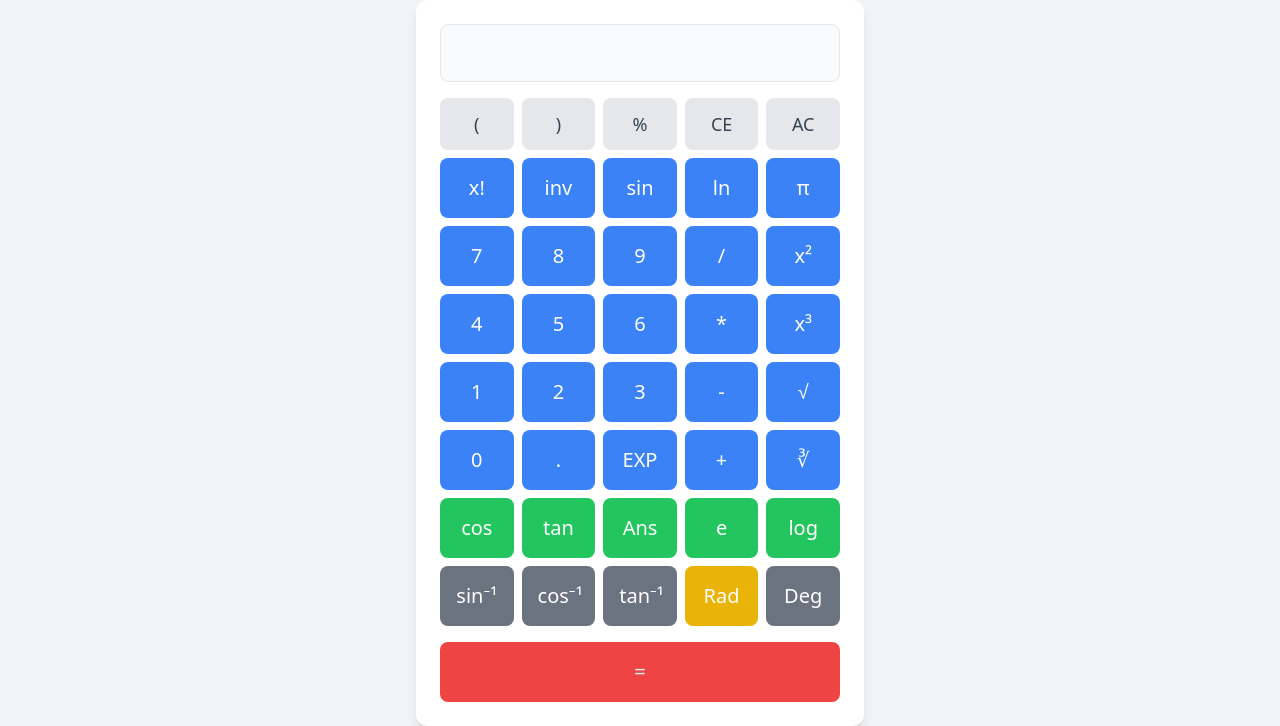
Repository: Sirinegaddour11/Calculator-App
Page: /
The author's editor kept a copy of each file at every save. The page is drawn from the files as they stood at one save, then again after the next save.
The browser window is 1280 px wide. The pictures show the whole page.
The project was rebuilt for these pictures with package versions that can differ from the ones it lists, and the page was loaded fresh each time. The framework's server and built-in components were replaced by stand-ins that run in the browser. Also part of the build but not shown: next.config.mjs.

Above is the page before, as saved 2024-09-16 19:31:35.

### app/layout.tsx
import type { Metadata } from "next";
import "./globals.css";

export const metadata: Metadata = {
  title: "Calculator App",
  description: "Generated by me",
};

export default function RootLayout({
  children,
}: Readonly<{
  children: React.ReactNode;
}>) {
  return (
    <html lang="en">
      <body className="bg-red-200">{children}</body>
    </html>
  );
}

### app/page.tsx
import Calculator from "@/components/calculator";
import Image from "next/image";

export default function Home() {
  return (
    <div>
      <Calculator />
    </div>
  );
}

### app/globals.css
@tailwind base;
@tailwind components;
@tailwind utilities;

.dark .three-d {
  text-shadow: 0px 5px 0px #533519;
}
.three-d {
  text-shadow: none;
}
.dark .simplebar-scrollbar ::before {
 background-color: rgb(216, 217, 231);
}

### components/calculator.tsx
"use client";
import React, { useState } from "react";
import {
  evaluate,
  pi,
  exp,
  log,
  factorial,
  sin,
  cos,
  tan,
  asin,
  acos,
  atan,
} from "mathjs";

const Calculator: React.FC = () => {
  const [expression, setExpression] = useState<string>("");
  const [lastResult, setLastResult] = useState<string>("");
  const [isRadianMode, setIsRadianMode] = useState<boolean>(true);

  const handleButtonClick = (value: string) => {
    switch (value) {
      case "pi":
        setExpression((prev) => prev + "π");
        break;
      case "e":
        setExpression((prev) => prev + "e");
        break;
      case "Ans":
        setExpression((prev) => prev + lastResult);
        break;
      case "ln":
        setExpression((prev) => prev + "log(");
        break;
      case "log":
        setExpression((prev) => prev + "log10(");
        break;
      case "x!":
        setExpression((prev) => prev + "factorial(");
        break;
      case "%":
        setExpression((prev) => prev + "%");
        break;
      case "inv":
        setExpression((prev) => prev + "^(-1)");
        break;
      case "EXP":
        setExpression((prev) => prev + "×10^");
        break;
      case "CE":
        setExpression((prev) => prev.slice(0, -1));
        break;
      case "x²":
        setExpression((prev) => prev + "^2");
        break;
      case "x³":
        setExpression((prev) => prev + "^3");
        break;
      case "√":
        setExpression((prev) => prev + "sqrt(");
        break;
      case "∛":
        setExpression((prev) => prev + "cbrt(");
        break;
      case "sin⁻¹":
        setExpression((prev) => prev + "asin(");
        break;
      case "cos⁻¹":
        setExpression((prev) => prev + "acos(");
        break;
      case "tan⁻¹":
        setExpression((prev) => prev + "atan(");
        break;
      case "Rad":
        setIsRadianMode(true);
        break;
      case "Deg":
        setIsRadianMode(false);
        break;
      default:
        if (["sin", "cos", "tan", "^"].includes(value)) {
          setExpression((prev) => prev + value + "(");
        } else if (value === ")") {
          setExpression((prev) => prev + value);
        } else {
          setExpression((prev) => prev + value);
        }
        break;
    }
  };

  const handleCalculate = () => {
    try {
      let expressionToEvaluate = expression
        .replace(/π/g, "pi")
        .replace(/×/g, "*");
      if (!isRadianMode) {
        expressionToEvaluate = expressionToEvaluate
          .replace(/sin\(/g, "sin(pi/180*")
          .replace(/cos\(/g, "cos(pi/180*")
          .replace(/tan\(/g, "tan(pi/180*")
          .replace(/asin\(/g, "180/pi*asin(")
          .replace(/acos\(/g, "180/pi*acos(")
          .replace(/atan\(/g, "180/pi*atan(");
      }
      const result = evaluate(expressionToEvaluate);
      setLastResult(result.toString());
      setExpression(result.toString());
    } catch (error) {
      setExpression("Erreur");
    }
  };

  const handleClear = () => {
    setExpression("");
    setLastResult("");
  };

  return (
    <div className="flex justify-center items-center min-h-screen bg-gray-100 font-sans">
      <div className="max-w-md w-full bg-white rounded-xl shadow-lg p-6">
        <input
          type="text"
          className="w-full mb-4 p-3 text-2xl text-right bg-gray-50 rounded-lg border border-gray-200 focus:outline-none focus:border-blue-500"
          value={expression}
          readOnly
        />
        <div className="grid grid-cols-5 gap-2">
          {/* Ligne 1 */}
          {["(", ")", "%", "CE", "AC"].map((value, index) => (
            <button
              key={index}
              className="p-3 bg-gray-200 text-gray-700 rounded-lg hover:bg-gray-300 text-lg font-medium transition-colors"
              onClick={() =>
                value === "AC" ? handleClear() : handleButtonClick(value)
              }
            >
              {value}
            </button>
          ))}
          {/* Ligne 2 */}
          {["x!", "inv", "sin", "ln", "π"].map((value, index) => (
            <button
              key={index}
              className="p-4 bg-blue-500 text-white rounded-lg hover:bg-blue-600 text-xl"
              onClick={() => handleButtonClick(value)}
            >
              {value}
            </button>
          ))}
          {/* Ligne 3 */}
          {["7", "8", "9", "/", "x²"].map((value, index) => (
            <button
              key={index}
              className="p-4 bg-blue-500 text-white rounded-lg hover:bg-blue-600 text-xl"
              onClick={() => handleButtonClick(value)}
            >
              {value}
            </button>
          ))}
          {/* Ligne 4 */}
          {["4", "5", "6", "*", "x³"].map((value, index) => (
            <button
              key={index}
              className="p-4 bg-blue-500 text-white rounded-lg hover:bg-blue-600 text-xl"
              onClick={() => handleButtonClick(value)}
            >
              {value}
            </button>
          ))}
          {/* Ligne 5 */}
          {["1", "2", "3", "-", "√"].map((value, index) => (
            <button
              key={index}
              className="p-4 bg-blue-500 text-white rounded-lg hover:bg-blue-600 text-xl"
              onClick={() => handleButtonClick(value)}
            >
              {value}
            </button>
          ))}
          {/* Ligne 6 */}
          {["0", ".", "EXP", "+", "∛"].map((value, index) => (
            <button
              key={index}
              className="p-4 bg-blue-500 text-white rounded-lg hover:bg-blue-600 text-xl"
              onClick={() => handleButtonClick(value)}
            >
              {value}
            </button>
          ))}
          {/* Ligne 7 (fonctions scientifiques) */}
          {["cos", "tan", "Ans", "e", "log"].map((func, index) => (
            <button
              key={index}
              className="p-4 bg-green-500 text-white rounded-lg hover:bg-green-600 text-xl"
              onClick={() => handleButtonClick(func)}
            >
              {func}
            </button>
          ))}
          {/* Ligne 8 (fonctions supplémentaires) */}
          {["sin⁻¹", "cos⁻¹", "tan⁻¹", "Rad", "Deg"].map((func, index) => (
            <button
              key={index}
              className={`p-4 ${
                (func === "Rad" && isRadianMode) ||
                (func === "Deg" && !isRadianMode)
                  ? "bg-yellow-500"
                  : "bg-gray-500"
              } text-white rounded-lg hover:bg-gray-600 text-xl`}
              onClick={() => handleButtonClick(func)}
            >
              {func}
            </button>
          ))}
        </div>
        <button
          className="mt-4 w-full p-4 bg-red-500 text-white rounded-lg hover:bg-red-600 text-xl"
          onClick={handleCalculate}
        >
          =
        </button>
      </div>
    </div>
  );
};

export default Calculator;

Loaded but not shown: tailwind.config.ts (common file)

After the next save:
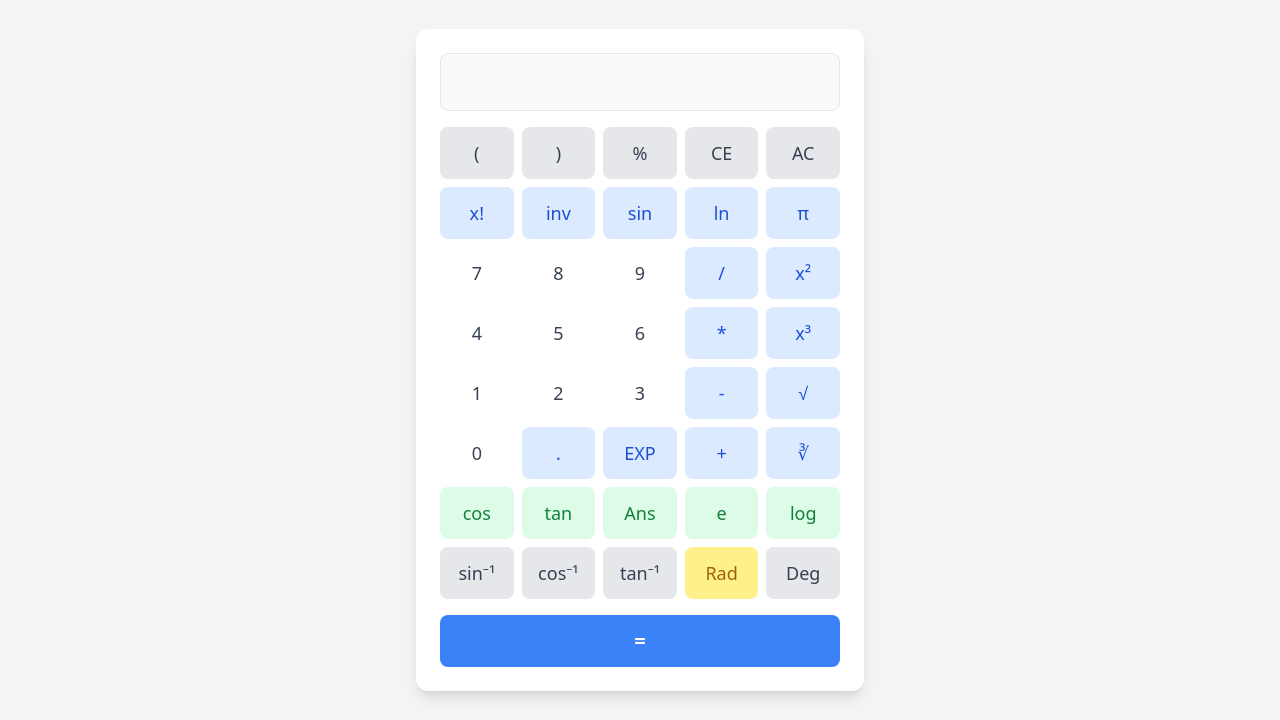
Saved 11 s later.
--- a/components/calculator.tsx
+++ b/components/calculator.tsx
@@ -143,7 +143,7 @@ const Calculator: React.FC = () => {
           {["x!", "inv", "sin", "ln", "π"].map((value, index) => (
             <button
               key={index}
-              className="p-4 bg-blue-500 text-white rounded-lg hover:bg-blue-600 text-xl"
+              className="p-3 bg-blue-100 text-blue-700 rounded-lg hover:bg-blue-200 text-lg font-medium transition-colors"
               onClick={() => handleButtonClick(value)}
             >
               {value}
@@ -153,7 +153,11 @@ const Calculator: React.FC = () => {
           {["7", "8", "9", "/", "x²"].map((value, index) => (
             <button
               key={index}
-              className="p-4 bg-blue-500 text-white rounded-lg hover:bg-blue-600 text-xl"
+              className={`p-3 ${
+                isNaN(Number(value))
+                  ? "bg-blue-100 text-blue-700"
+                  : "bg-white text-gray-700"
+              } rounded-lg hover:bg-gray-100 text-lg font-medium transition-colors`}
               onClick={() => handleButtonClick(value)}
             >
               {value}
@@ -163,7 +167,11 @@ const Calculator: React.FC = () => {
           {["4", "5", "6", "*", "x³"].map((value, index) => (
             <button
               key={index}
-              className="p-4 bg-blue-500 text-white rounded-lg hover:bg-blue-600 text-xl"
+              className={`p-3 ${
+                isNaN(Number(value))
+                  ? "bg-blue-100 text-blue-700"
+                  : "bg-white text-gray-700"
+              } rounded-lg hover:bg-gray-100 text-lg font-medium transition-colors`}
               onClick={() => handleButtonClick(value)}
             >
               {value}
@@ -173,7 +181,11 @@ const Calculator: React.FC = () => {
           {["1", "2", "3", "-", "√"].map((value, index) => (
             <button
               key={index}
-              className="p-4 bg-blue-500 text-white rounded-lg hover:bg-blue-600 text-xl"
+              className={`p-3 ${
+                isNaN(Number(value))
+                  ? "bg-blue-100 text-blue-700"
+                  : "bg-white text-gray-700"
+              } rounded-lg hover:bg-gray-100 text-lg font-medium transition-colors`}
               onClick={() => handleButtonClick(value)}
             >
               {value}
@@ -183,7 +195,11 @@ const Calculator: React.FC = () => {
           {["0", ".", "EXP", "+", "∛"].map((value, index) => (
             <button
               key={index}
-              className="p-4 bg-blue-500 text-white rounded-lg hover:bg-blue-600 text-xl"
+              className={`p-3 ${
+                isNaN(Number(value))
+                  ? "bg-blue-100 text-blue-700"
+                  : "bg-white text-gray-700"
+              } rounded-lg hover:bg-gray-100 text-lg font-medium transition-colors`}
               onClick={() => handleButtonClick(value)}
             >
               {value}
@@ -193,7 +209,7 @@ const Calculator: React.FC = () => {
           {["cos", "tan", "Ans", "e", "log"].map((func, index) => (
             <button
               key={index}
-              className="p-4 bg-green-500 text-white rounded-lg hover:bg-green-600 text-xl"
+              className="p-3 bg-green-100 text-green-700 rounded-lg hover:bg-green-200 text-lg font-medium transition-colors"
               onClick={() => handleButtonClick(func)}
             >
               {func}
@@ -203,12 +219,12 @@ const Calculator: React.FC = () => {
           {["sin⁻¹", "cos⁻¹", "tan⁻¹", "Rad", "Deg"].map((func, index) => (
             <button
               key={index}
-              className={`p-4 ${
+              className={`p-3 ${
                 (func === "Rad" && isRadianMode) ||
                 (func === "Deg" && !isRadianMode)
-                  ? "bg-yellow-500"
-                  : "bg-gray-500"
-              } text-white rounded-lg hover:bg-gray-600 text-xl`}
+                  ? "bg-yellow-200 text-yellow-700"
+                  : "bg-gray-200 text-gray-700"
+              } rounded-lg hover:bg-gray-300 text-lg font-medium transition-colors`}
               onClick={() => handleButtonClick(func)}
             >
               {func}
@@ -216,7 +232,7 @@ const Calculator: React.FC = () => {
           ))}
         </div>
         <button
-          className="mt-4 w-full p-4 bg-red-500 text-white rounded-lg hover:bg-red-600 text-xl"
+          className="mt-4 w-full p-3 bg-blue-500 text-white rounded-lg hover:bg-blue-600 text-xl font-bold transition-colors"
           onClick={handleCalculate}
         >
           =
